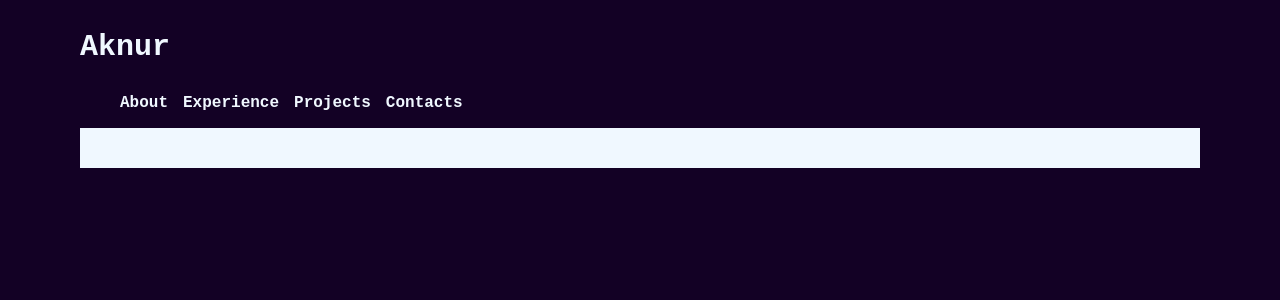
Repository: aknurkappar/nfactorial-portfolio-app-03-03-2022
Page: /
These files come from the project's save history. The page is drawn as it stood at one moment and after the next save; the edit follows.
The browser window is 1280 px wide. The pictures show the whole page.
The project was rebuilt for these pictures with package versions that can differ from the ones it lists, and the page was loaded fresh each time. Also part of the build but not shown: src/App.css.

Above is the page before, as saved 2023-03-03 20:55:47.

After the next save:
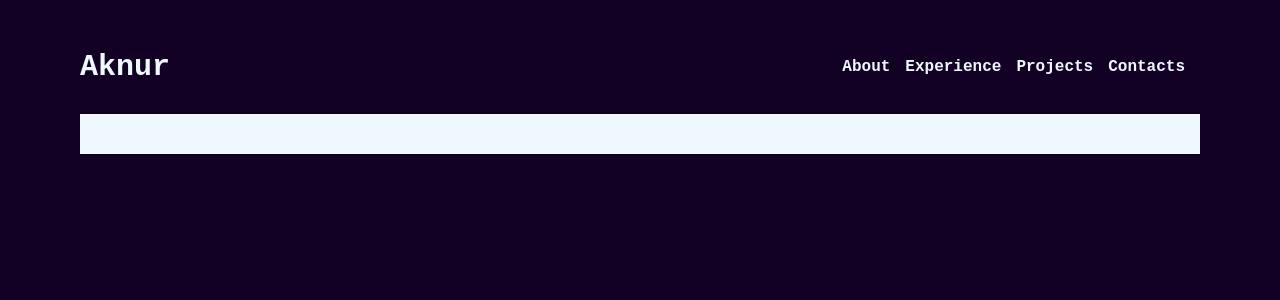
Saved 4 s later.
--- a/src/components/Header/index.css
+++ b/src/components/Header/index.css
@@ -9,7 +9,7 @@
     margin-right: 15px;
 }
 
-header-items{
+.header-items{
     display: flex;
     align-items: center;
     justify-content: space-between;
